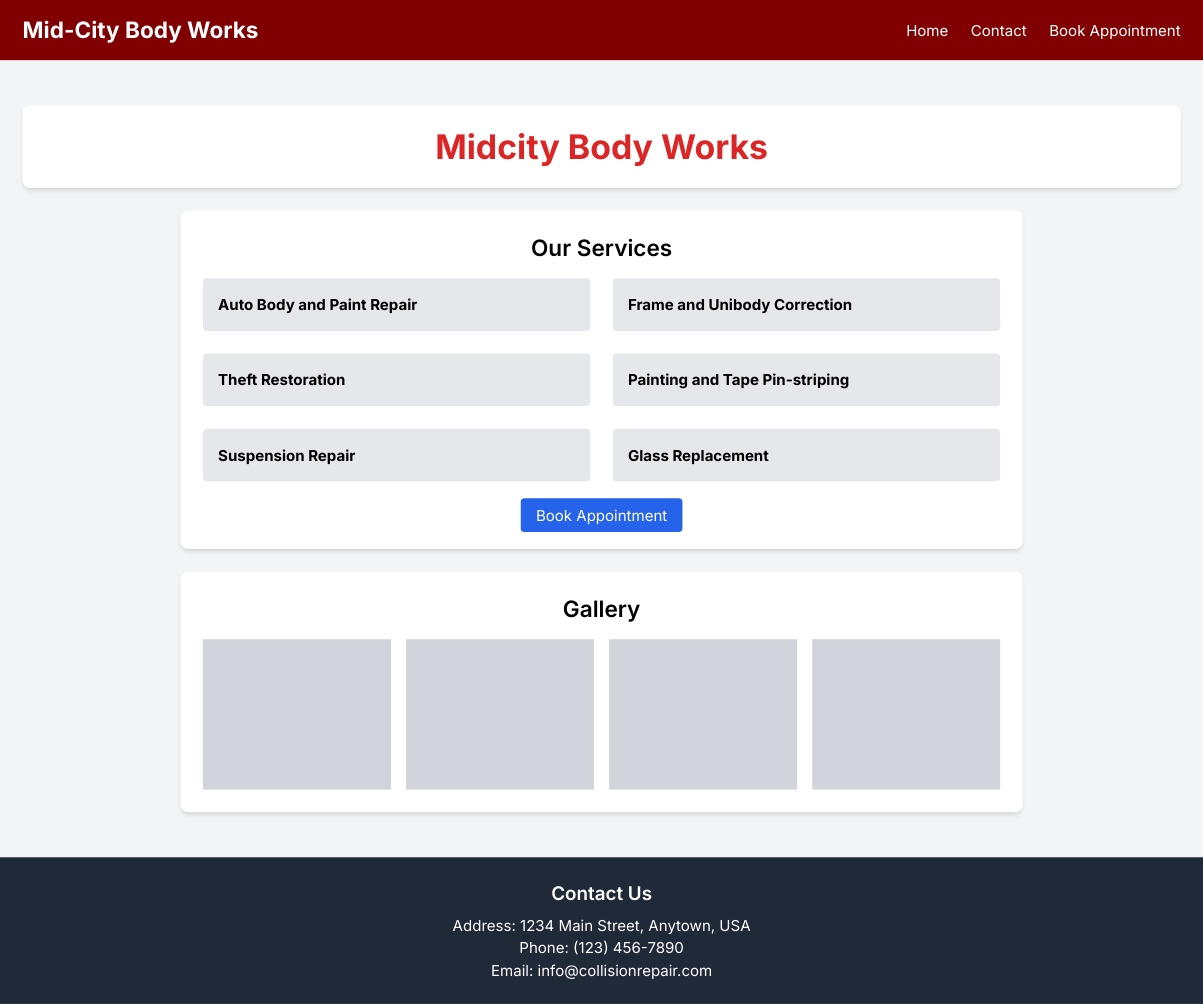
Repository: kayacancode/midcitybodyworks
Page: /
An editor plug-in stored every save of this project. The page is shown before and after the next save, followed by the edit.
The browser window is 1280 px wide. The pictures show the whole page, at 94% of full size.
The project was rebuilt for these pictures with package versions that can differ from the ones it lists, and the page was loaded fresh each time. The framework's server and built-in components were replaced by stand-ins that run in the browser. Also part of the build but not shown: next.config.mjs.

Above is the page before, as saved 2024-06-29 12:06:59.

After the next save:
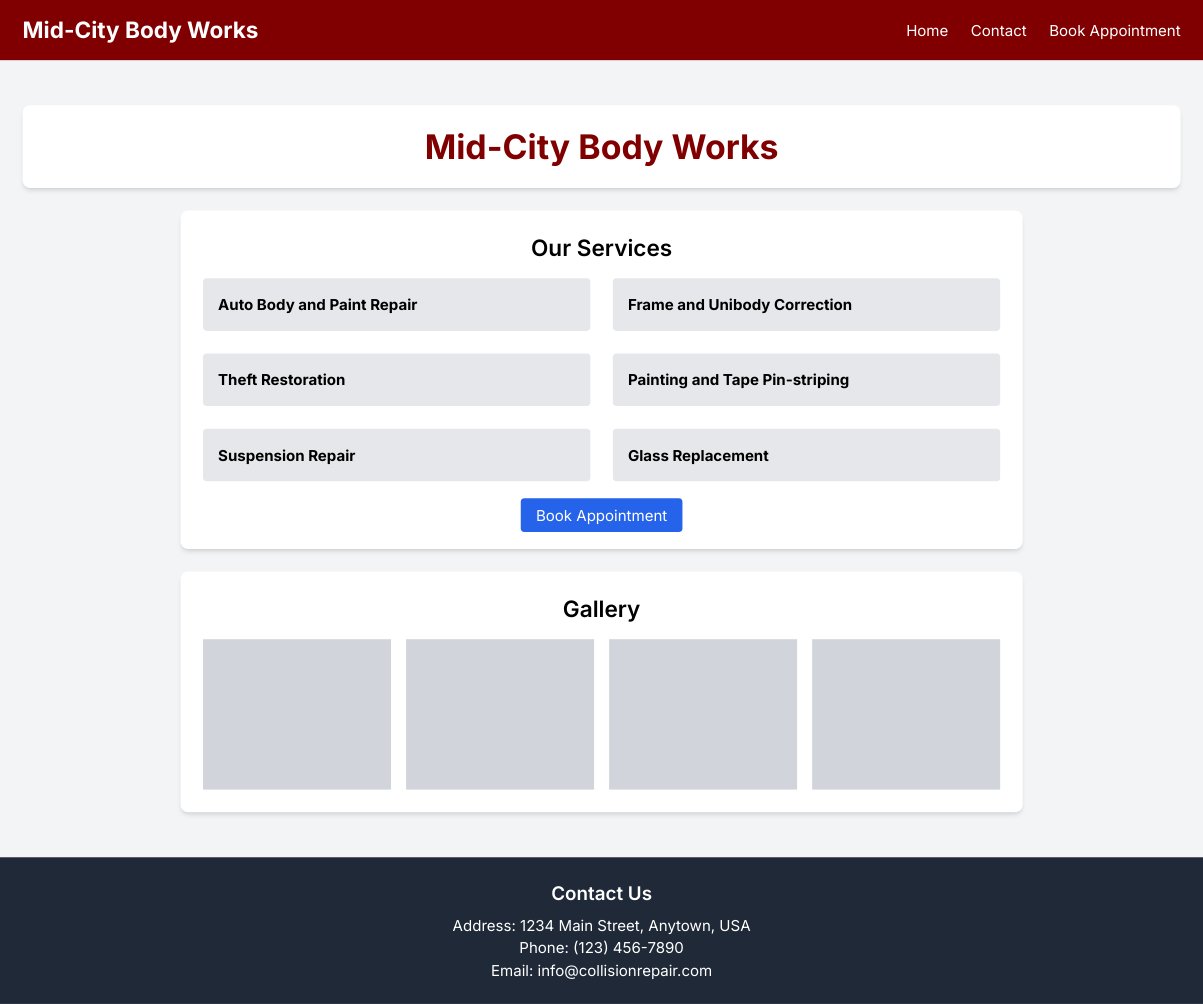
Saved 27 s later.
--- a/src/app/page.js
+++ b/src/app/page.js
@@ -18,7 +18,7 @@ export default function Home() {
       {/* Hero Section */}
       <main className="flex flex-col items-center p-6">
         <section id="home" className="w-full bg-white p-6 rounded-lg shadow-md mt-6 text-center">
-          <h1 className="text-4xl font-bold text-red-600">Midcity Body Works</h1>
+          <h1 className="text-4xl font-bold text-[#800001]">Mid-City Body Works</h1>
         </section>
 
         {/* Our Services Section */}
